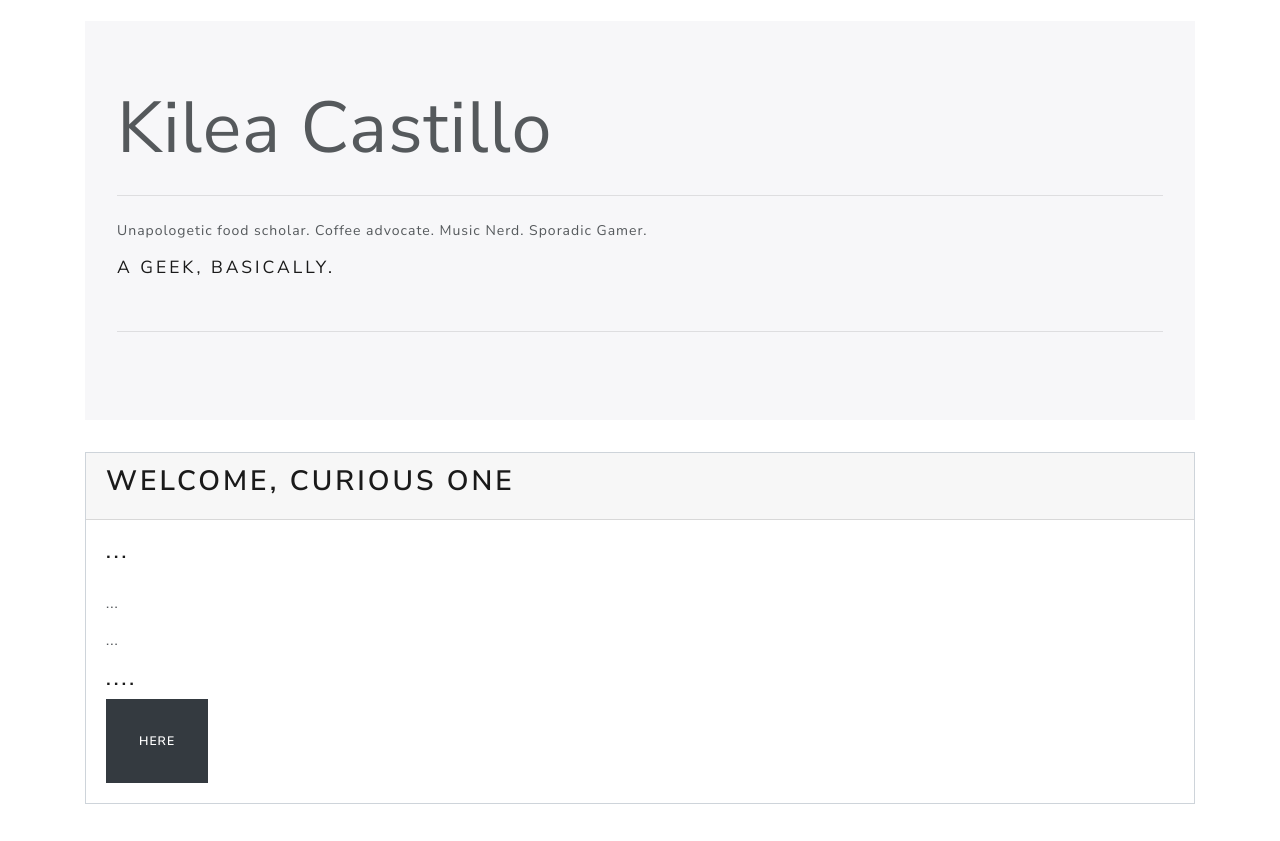
Repository: noctuakitty/kittycastillowilshire
Page: /aboutpage (app in client/)
The author's editor kept a copy of each file at every save. The page is drawn from the files as they stood at one save, then again after the next save.
The browser window is 1280 px wide. The pictures show the whole page.
Some web libraries are served in a nearby version. The project was rebuilt for these pictures with package versions that can differ from the ones it lists, and the page was loaded fresh each time. Also part of the build but not shown: client/src/components/jumbotrons/HomeJumbotron.js, client/src/components/cards/HomeCard.js, client/src/components/pages/HomePage.js.

Above is the page before, as saved 2022-06-07 00:58:20.

### client/public/index.html
<!DOCTYPE html>
<html lang="en">
  <head>
    <meta charset="utf-8" />
    <link rel="icon" href="%PUBLIC_URL%/favicon.ico" />
    <meta name="viewport" content="width=device-width, initial-scale=1" />
    <meta name="theme-color" content="#000000" />
    <meta
      name="description"
      content="Web site created using create-react-app"
    />
    <link rel="apple-touch-icon" href="%PUBLIC_URL%/logo192.png" />
    <!--
      manifest.json provides metadata used when your web app is installed on a
      user's mobile device or desktop. See https://developers.google.com/web/fundamentals/web-app-manifest/
    -->
    <link rel="manifest" href="%PUBLIC_URL%/manifest.json" />
    <!--
      Notice the use of %PUBLIC_URL% in the tags above.
      It will be replaced with the URL of the `public` folder during the build.
      Only files inside the `public` folder can be referenced from the HTML.

      Unlike "/favicon.ico" or "favicon.ico", "%PUBLIC_URL%/favicon.ico" will
      work correctly both with client-side routing and a non-root public URL.
      Learn how to configure a non-root public URL by running `npm run build`.
    -->
    <title>React App</title>
  </head>
  <body>
    <noscript>You need to enable JavaScript to run this app.</noscript>
    <div id="root"></div>
    <!--
      This HTML file is a template.
      If you open it directly in the browser, you will see an empty page.

      You can add webfonts, meta tags, or analytics to this file.
      The build step will place the bundled scripts into the <body> tag.

      To begin the development, run `npm start` or `yarn start`.
      To create a production bundle, use `npm run build` or `yarn build`.
    -->
  </body>
  <link rel="stylesheet" href="https://cdn.jsdelivr.net/npm/bootswatch@4.5.2/dist/lux/bootstrap.min.css" integrity="sha384-9+PGKSqjRdkeAU7Eu4nkJU8RFaH8ace8HGXnkiKMP9I9Te0GJ4/km3L1Z8tXigpG" crossorigin="anonymous">
  <script src="https://cdn.jsdelivr.net/npm/bootstrap@5.0.2/dist/js/bootstrap.bundle.min.js" integrity="sha384-MrcW6ZMFYlzcLA8Nl+NtUVF0sA7MsXsP1UyJoMp4YLEuNSfAP+JcXn/tWtIaxVXM" crossorigin="anonymous"></script>
  <script src="https://cdnjs.cloudflare.com/ajax/libs/prop-types/15.6.0/prop-types.js"></script>
  <script src="https://code.jquery.com/jquery-3.3.1.slim.min.js" integrity="sha384-q8i/X+965DzO0rT7abK41JStQIAqVgRVzpbzo5smXKp4YfRvH+8abtTE1Pi6jizo" crossorigin="anonymous"></script>
</html>

### client/src/App.js
import React from 'react';
import {
  BrowserRouter,
  Routes,
  Route
} from "react-router-dom";
import HomePage from './components/pages/HomePage';
import AboutPage from './components/pages/AboutPage';

const App = () => {
  return (
    <div className='App'>
      <BrowserRouter>
        <div className="App">
          <Routes>
            <Route exact path="/" element={<HomePage />} />
            <Route path="/aboutpage" element={<AboutPage />} />
          </Routes>
        </div>
      </BrowserRouter>
    </div>
  );
}

export default App;

### client/src/components/pages/AboutPage.js
import React, { Component } from 'react';
import AboutJumbotron from '../jumbotrons/AboutJumbotron';
import AboutCard from '../cards/AboutCard';

class AboutPage extends Component {
    render() {
        return (
            <div>
                <br></br>
                <AboutJumbotron />
                <AboutCard />
                <br></br>
            </div>
        )
    }
}

export default AboutPage;

### client/src/components/jumbotrons/AboutJumbotron.js
import React from 'react';

function HomeJumbotron() {
    return (
        <div>
            <div className="container">
                <div className="row">
                    <div className="col">
                        <div className="jumbotron">
                            <p className="display-3">
                                Kilea Castillo
                            </p>
                            <hr className="my-4"></hr>
                            <p className="description">Unapologetic food scholar. Coffee advocate. Music Nerd. Sporadic Gamer.</p>
                            <h2 className="lead">A geek, basically.</h2>
                            <br></br>
                            <hr className="my-4"></hr>
                        </div>
                    </div>
                </div>
            </div>
        </div>
    )
}

export default HomeJumbotron;

### client/src/components/cards/AboutCard.js
import React from 'react';
import { AboutButton } from '../buttons/AboutButton';

function HomeCard() {
    return (
        <div className="container">
            <div className="row">
                <div className="col-12">
                    <div className="card border-secondary mb-3">
                        <div className="card-header">
                            <h2 className="header-one">
                                Welcome, Curious One
                            </h2>
                        </div>
                        <div className="card-body">
                            <h4>
                                ...
                            </h4>
                            <br></br>
                            <p>
                            ...
                            </p>
                            <p>
                            ...
                            </p>
                            <h4>
                               ....
                            </h4>
                            <AboutButton />
                        </div>
                    </div>
                </div>
            </div>
        </div>
    )
}

export default HomeCard;

### client/src/components/buttons/AboutButton.js
import React from 'react';
import { Button } from 'react-bootstrap';

export const AboutButton = () => {
    return (
        <div className="button">
            <Button href="../pages/AboutPage" className="btn btn-dark btn-lg">HERE</Button>
        </div>
    );
};

Loaded but not shown: client/src/index.js (common file); client/src/index.css (common file); client/src/reportWebVitals.js (common file)

After the next save:
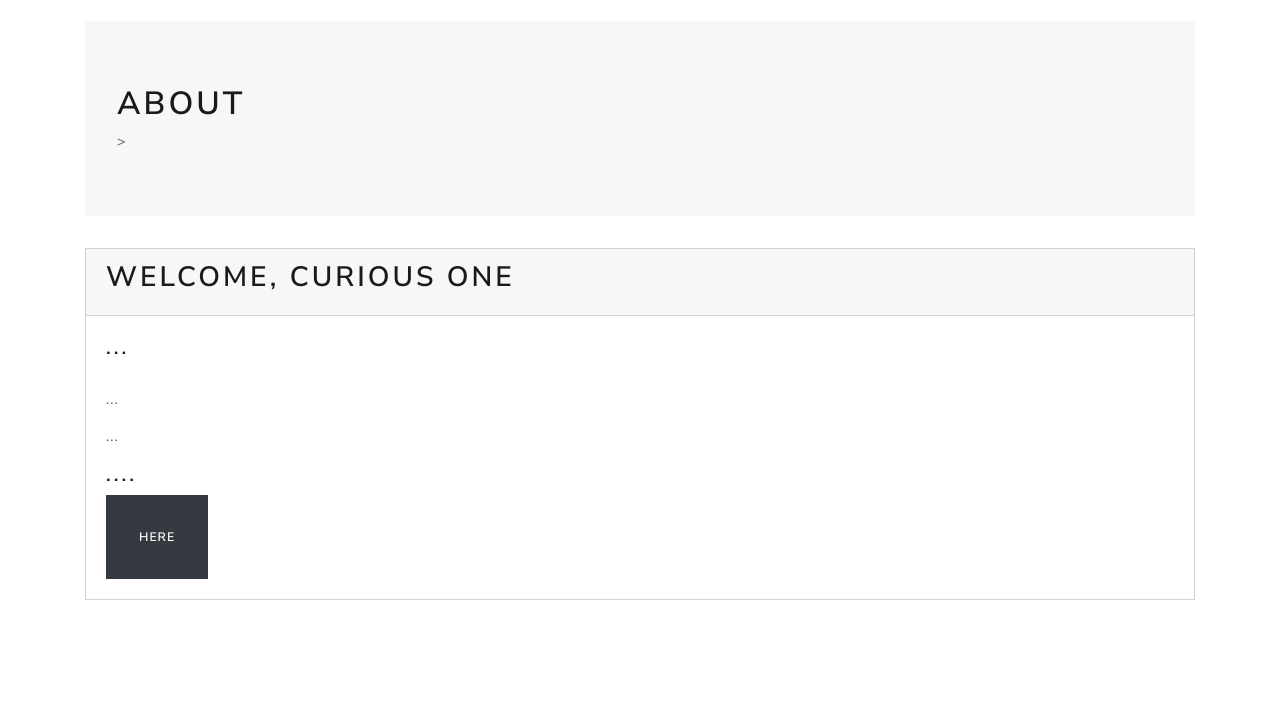
Saved 40 s later.
--- a/client/src/components/jumbotrons/AboutJumbotron.js
+++ b/client/src/components/jumbotrons/AboutJumbotron.js
@@ -7,14 +7,7 @@ function HomeJumbotron() {
                 <div className="row">
                     <div className="col">
                         <div className="jumbotron">
-                            <p className="display-3">
-                                Kilea Castillo
-                            </p>
-                            <hr className="my-4"></hr>
-                            <p className="description">Unapologetic food scholar. Coffee advocate. Music Nerd. Sporadic Gamer.</p>
-                            <h2 className="lead">A geek, basically.</h2>
-                            <br></br>
-                            <hr className="my-4"></hr>
+                            <h1>About</h1>>
                         </div>
                     </div>
                 </div>
